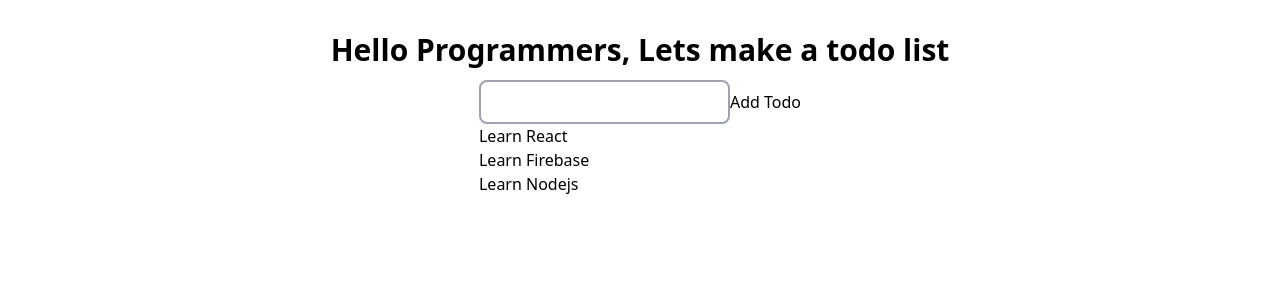
Repository: Shamraiz761/todo_list
Page: /
An editor plug-in stored every save of this project. The page is shown before and after the next save, followed by the edit.
The browser window is 1280 px wide. The pictures show the whole page.
The project was rebuilt for these pictures with package versions that can differ from the ones it lists, and the page was loaded fresh each time. Also part of the build but not shown: vite.config.js.

Above is the page before, as saved 2024-01-11 22:36:02.

After the next save:
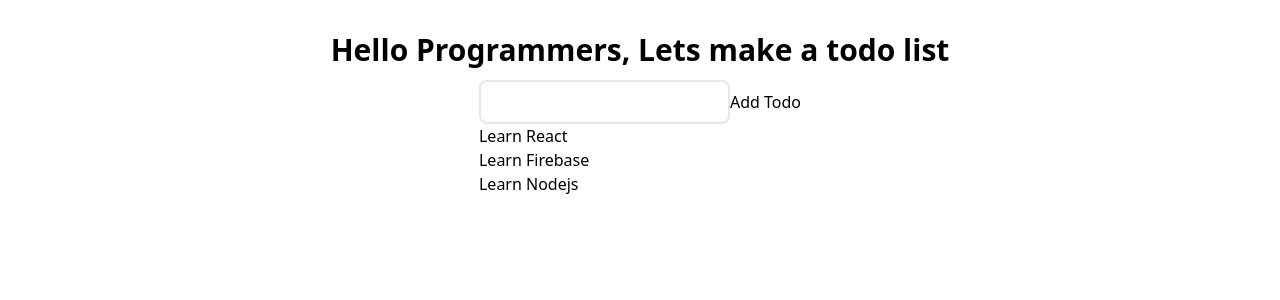
Saved 12 s later.
--- a/src/App.jsx
+++ b/src/App.jsx
@@ -24,7 +24,7 @@ function App() {
             <input
               type="text"
               value={input}
-              className="border-2 border-gray-400 p-2 rounded-lg"
+              className="border-2 border-2 p-2 rounded-lg"
               onChange={(e) => {
                 setInput(e.target.value);
               }}
